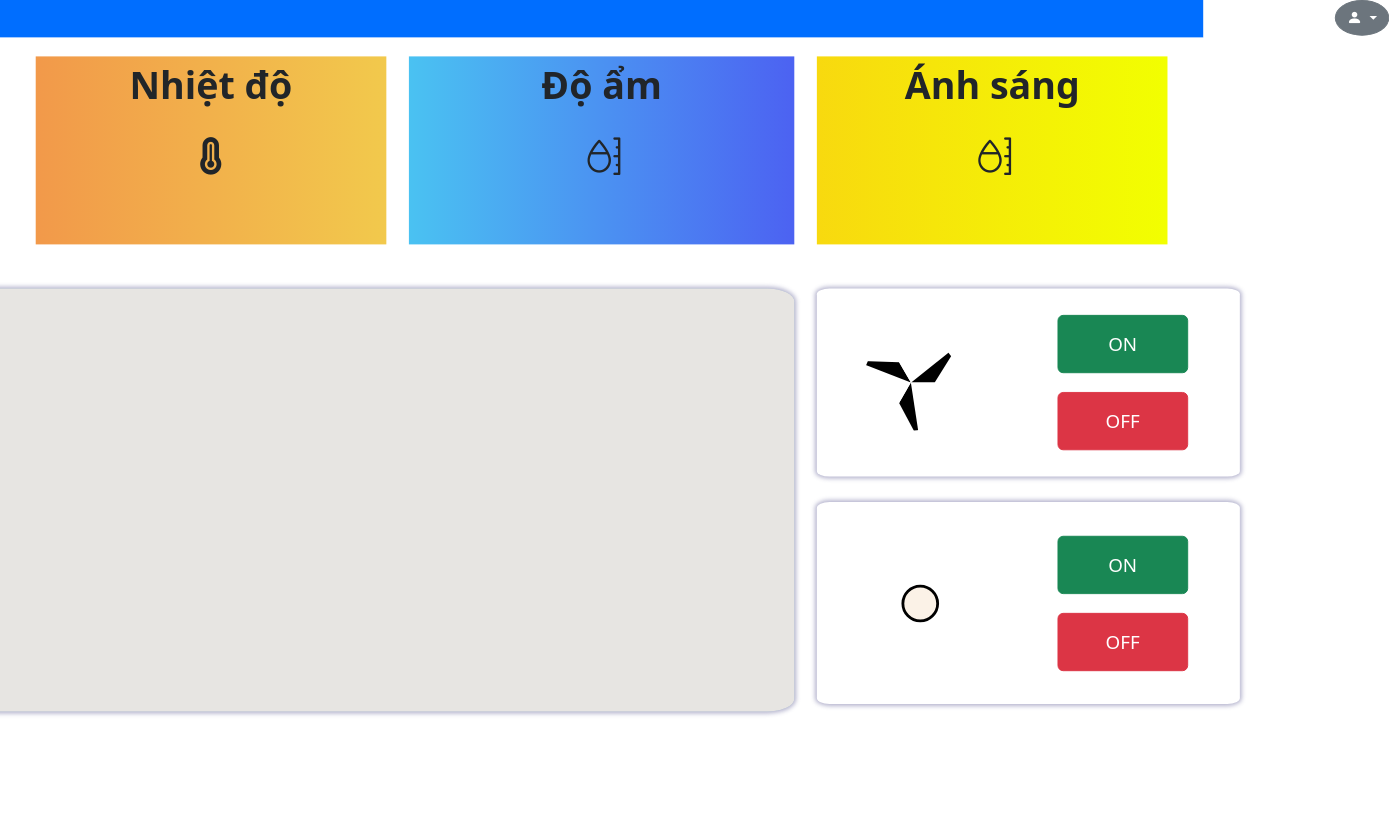
Repository: ndmq03102002/BTL_IOT
Page: Fontend_IOT/iot/index.html
The author's editor kept a copy of each file at every save. The page is drawn from the files as they stood at one save, then again after the next save.
The browser window is 1280 px wide. The page is 1478 px wide, so the pictures cover 1478 px, including what lies to the right of the window. The pictures show the whole page, at 94% of full size.
Some web libraries are served in a nearby version.

Above is the page before, as saved 2023-09-07 08:58:58.

### Fontend_IOT/iot/index.html
<!DOCTYPE html>
<html lang="en">
<head>
    <meta charset="UTF-8">
    <meta name="viewport" content="width=device-width, initial-scale=1.0">
    <title>Document</title>
    <link rel="stylesheet" href="style.css">
    <link rel="stylesheet" href="bootstrap/css/bootstrap.css">
    <link rel="stylesheet" href="assets/fonts/fontawesome/css/fontawesome-all.min.css">
    <script src="https://cdnjs.cloudflare.com/ajax/libs/Chart.js/2.9.4/Chart.js"></script>
    <script src="https://kit.fontawesome.com/1be2f108e2.js" crossorigin="anonymous"></script>
    <link rel="stylesheet" href="https://cdn.jsdelivr.net/npm/bootstrap-icons@1.10.5/font/bootstrap-icons.css">
    <link rel="stylesheet" href="https://cdnjs.cloudflare.com/ajax/libs/font-awesome/6.0.0/css/all.min.css" integrity="sha512-9usAa10IRO0HhonpyAIVpjrylPvoDwiPUiKdWk5t3PyolY1cOd4DSE0Ga+ri4AuTroPR5aQvXU9xC6qOPnzFeg==" crossorigin="anonymous" referrerpolicy="no-referrer" />

</head>
<body>
    <header style="width: 100%; height: 40px; margin :auto;background-color:#006eff">

                <div class="col-sm-12">
                    <div class="btn-group" style=" margin-left: 1300px;  ">
                        <a class="btn btn-secondary dropdown-toggle" style="border-radius: 50%;display: block; margin-left: 120px;" href="#" role="button" data-bs-toggle="dropdown" aria-expanded="false">
                            <i class="bi bi-person-fill"></i>
                          </a>
                        <ul class="dropdown-menu">
                            <li><a href="javascript:" class="dropdown-item"><i class="bi bi-person"></i> MSV: B20DCCN064</a></li>
                            <li><a href="javascript:" class="dropdown-item"><i class="bi bi-phone"></i> Phone: 0399602556</a></li>
                            <li><a href="message.html" class="dropdown-item"><i class="bi bi-envelope"></i> Email: Caibutchi2672gmail.com</a></li>
                        </ul>
                      </div>
    </header>
     <div  style="background-color:white;height:800px; margin-bottom: 50px;">
        <div class="row">
            <div  class="col-sm-4 col-pd"style="padding-left: 50px;" >
                <div class="khoi1 khoi-size">
                        <p >Nhiệt độ</p>
                        <p style="display: inline; " class="count1"></p>
                        <span><i class='fa-solid fa-temperature-full'></i></span>

                </div>
            </div>
            <div class="col-sm-4 col-pd">
                <div class="khoi2 khoi-size">
                    <p> Độ ẩm</p>
                    <p style="display: inline;" class="count2"></p>
                    <span> <i class="bi bi-moisture"></i></span>
                </div>
            </div>
            <div class="col-sm-4 col-pd" style="padding-right: 50px;">
                <div class="khoi3 khoi-size">
                    <p>Ánh sáng</p>
                    <p style="display: inline;" class="count3"></p>
                    <span> <i class="bi bi-moisture"></i></span>
                </div>
            </div>
            <div class="col-sm-8 " >
                <div class="khoi" style="height: 450px;width: 970px; float:right">
                    <canvas id="myChart" style="border-radius: 3%; width:100%;height: 100%;background-color: rgb(231, 229, 226);"></canvas>
                </div>
                <!-- <canvas id="myChart" style="width:100%;width:500px; ;background-color: rgb(231, 229, 226);"></canvas> -->
            </div>
            <div class="col-sm-4 ">
                <div class="khoi khoiii" style=" background-color: white; height: 200px; width: 450px; float: left; display: flex; justify-content: center; align-items: center;">
                    <div class="fan">
                        <div class="blade blade-1"></div>
                        <div class="blade blade-2"></div>
                        <div class="blade blade-3"></div>
                        <div class="stand"></div>
                    </div>
                    <div class="button" style="margin: auto;">
                        <button class="btn btn-success " onclick="OnFan()" style="--bs-btn-padding-y: 15px; --bs-btn-padding-x: 50px; --bs-btn-font-size: 20px; ">ON</button>
                         <button class="btn btn-danger " onclick="OffFan()" style="margin-top: 20px; --bs-btn-padding-y: 15px; --bs-btn-padding-x: 50px; --bs-btn-font-size: 20px;">OFF</button>

                    </div>

                </div>
                <div class="khoi " style="background-color: white; margin-bottom: 20px; height: 215px; width: 450px; float: left; display: flex; justify-content: center; align-items: center;">
                    <div class="light" >
                        <div class="light-bulb" > </div>
                    </div>
                    <div class="button"  style="margin: auto;">
                        <button class="btn btn-success " onclick="OnLight()" style="--bs-btn-padding-y: 15px; --bs-btn-padding-x: 50px; --bs-btn-font-size: 20px; ">ON</button>
                         <button class="btn btn-danger " onclick="OffLight()" style="margin-top: 20px; --bs-btn-padding-y: 15px; --bs-btn-padding-x: 50px; --bs-btn-font-size: 20px;">OFF</button>

                    </div>

                </div>
            </div>
        </div>
    </div>
    <p>

    <script>



    </script>
    <script src="https://cdn.jsdelivr.net/npm/axios/dist/axios.min.js"></script>

       <script src="js.js"></script>
    <script src="jquery.js"></script>
    <script src="popper.min.js"></script>
    <script src="bootstrap/js/bootstrap.min.js"></script>
</body>
</html>

### Fontend_IOT/iot/style.css
html {
  margin: 0;
  padding: 0;
}

.khoi {
  width: 100%;
  height: 200px;
  margin-right: 0px;
  margin-bottom: 27px;
  background-color: #9fb4d0;

  box-shadow: 0px 0px 5px 2px rgba(97, 95, 151, 0.47);
  border-radius: 3%;
}
.khoi1 {
  width: 100%;
  height: 200px;
  margin-right: 0px;
  margin-bottom: 27px;
  background: linear-gradient(to right, #f2994a, #f2c94c);
}
.khoi2 {
  width: 100%;
  height: 200px;
  margin-right: 0px;
  margin-bottom: 27px;
  background: linear-gradient(to right, #4ac2f2, #4c62f2);
}
.khoi3 {
  width: 100%;
  height: 200px;
  margin-right: 0px;
  margin-bottom: 27px;
  background: linear-gradient(to right, #f8d90f, #f2ff00);
}
.khoii {
  width: 100%;
  height: 500px;
  background-color: black;
}
.abc {
  margin-bottom: 30px;
}
.col-pd {
  padding: 20px;
}
.khoi-size {
  font-size: 40px;
  font-weight: bold;
  text-align: center;
}
.fan {
  width: 200px;
  height: 200px;
  position: relative;
}

.blade {
  width: 0;
  height: 0;
  position: absolute;
  top: 30%;
  left: 50%;
  transform-origin: 0 50%;
  background-color: #000000;
  border-radius: 50%;
}

.blade-1 {
  width: 50px;
  height: 80px;
  clip-path: polygon(0 50%, 100% 0, 50% 50%);
  transform: rotate(0deg);
  /* animation: rotateFan1 1s linear infinite; */
}

.blade-2 {
  width: 50px;
  height: 80px;
  clip-path: polygon(0 50%, 100% 0, 50% 50%);
  transform: rotate(120deg);
  /* animation: rotateFan2 1s linear infinite; */
}

.blade-3 {
  width: 50px;
  height: 80px;
  clip-path: polygon(0 50%, 100% 0, 50% 50%);
  transform: rotate(240deg);
  /* animation: rotateFan3 1s linear infinite; */
}

@keyframes rotateFan2 {
  to {
    transform: rotate(480deg);
  }
}
@keyframes rotateFan1 {
  to {
    transform: rotate(360deg);
  }
}
@keyframes rotateFan3 {
  to {
    transform: rotate(600deg);
  }
}
.button {
  display: flex;
  flex-direction: column;
  justify-content: space-between;
}
.light {
  width: 200px;
  height: 200px;
}

.light-bulb {
  width: 40px;
  height: 40px;
  background-color: rgb(251 242 231);
  border: 3px solid #000;
  border-radius: 50%;
  position: relative;
  left: 90px;
  top: 80px;
}
@keyframes bulbLight {
  to {
    border: 5px solid transparent;
    box-shadow: 0 0 30px 50px rgba(255, 255, 0, 0.912);
  }
}

### Fontend_IOT/iot/js.js
let Listbox = document.querySelectorAll(".khoi-size");
let box1 = Listbox[0];
let box2 = Listbox[1];
let box3 = Listbox[2];
// let arrayP = box.getElementsByTagName("p");
// console.log(arrayP[1].innerText);

let countTemp = document.getElementsByClassName(".count1").innerText;
let countHum = document.getElementsByClassName(".count2").innerText;
let countLight = document.getElementsByClassName(".count3").innerText;

let count = 0;

function changeTemp() {
  if (countTemp <= 10) {
    box1.style.backgroundColor = "#9fb4d0";
  } else if (countTemp <= 25) {
    box1.style.backgroundColor = "#3fc848";
  } else if (countTemp <= 35) {
    box1.style.backgroundColor = "#c8b83f";
  } else {
    box1.style.backgroundColor = "#c83f3f";
  }
  if (countTemp > 50) {
    box1.style.backgroundColor = "#fd0606";
  }
}
function changeHum() {
  if (countHum <= 10) {
    box2.style.backgroundColor = "#9fb4d0";
  } else if (countHum <= 25) {
    box2.style.backgroundColor = "#3fc848";
  } else if (countHum <= 35) {
    box2.style.backgroundColor = "#c8b83f";
  } else {
    box2.style.backgroundColor = "#c83f3f";
  }
  if (countHum > 50) {
    box2.style.backgroundColor = "#fd0606";
  }
}
function changeLight() {
  if (countLight <= 10) {
    box3.style.backgroundColor = "#9fb4d0";
  } else if (countLight <= 25) {
    box3.style.backgroundColor = "#3fc848";
  } else if (countLight <= 35) {
    box3.style.backgroundColor = "#c8b83f";
  } else {
    box3.style.backgroundColor = "#c83f3f";
  }
  if (countLight > 50) {
    box3.style.backgroundColor = "#fd0606";
  }
}
function getTempAllData() {
  fetch("http://localhost:8080/Iot/getAllData")
    .then(function (response) {
      return response.json();
    })
    .then(function (posts) {
      const temp = [];
      const hum = [];
      const light = [];
      for (let key of posts) {
        temp.push(key.temperature);
        hum.push(key.humidity);
        light.push(key.light);
      }
      // hiển thị nhiệt độ
      countTemp = document.querySelector(".count1").innerText =
        temp[temp.length - 1];
      countHum = document.querySelector(".count2").innerText =
        hum[hum.length - 1];
      countLight = document.querySelector(".count3").innerText =
        light[light.length - 1];
      console.log("hello");
      changeTemp();
      changeHum();
      changeLight();
      //hiển thị đồ thị
      const xValues = [1, 5, 10, 15, 20, 25, 30, 35, 40, 45];
      type: "line",
        new Chart("myChart", {
          type: "line",
          data: {
            labels: xValues,
            datasets: [
              {
                data: temp,
                borderColor: "red",
                fill: false,
              },
              {
                data: hum,
                borderColor: "green",
                fill: false,
              },
              {
                data: light,
                borderColor: "blue",
                fill: false,
              },
            ],
          },
          options: {
            legend: { display: false },
            scales: {
              yAxes: [
                {
                  ticks: {
                    min: 1, // Giá trị tối thiểu trên trục tung
                    max: 100, // Giá trị tối đa trên trục tung
                    stepSize: 5, // Bước giữa các giá trị
                  },
                },
              ],
            },
          },
        });
    })
    .catch(function (err) {
      console.log(err);
    });
}
function OnFan() {
  const blade1 = (document.querySelector(".blade-1").style.animation =
    "rotateFan1 1s linear infinite");
  const blade2 = (document.querySelector(".blade-2").style.animation =
    "rotateFan2 1s linear infinite");
  const blade3 = (document.querySelector(".blade-3").style.animation =
    "rotateFan3 1s linear infinite");
}
function OffFan() {
  const blade1 = document
    .querySelector(".blade-1")
    .style.removeProperty("animation");
  const blade2 = document
    .querySelector(".blade-2")
    .style.removeProperty("animation");
  const blade3 = document
    .querySelector(".blade-3")
    .style.removeProperty("animation");
}
function OnLight() {
  const light = (document.querySelector(".light-bulb").style.animation =
    "bulbLight 1s linear forwards");
}
function OffLight() {
  const light = document
    .querySelector(".light-bulb")
    .style.removeProperty("animation");
}

Loaded but not shown: Fontend_IOT/iot/bootstrap/css/bootstrap.css (library); Fontend_IOT/iot/jquery.js (library); Fontend_IOT/iot/popper.min.js (library); Fontend_IOT/iot/bootstrap/js/bootstrap.min.js (library)

After the next save:
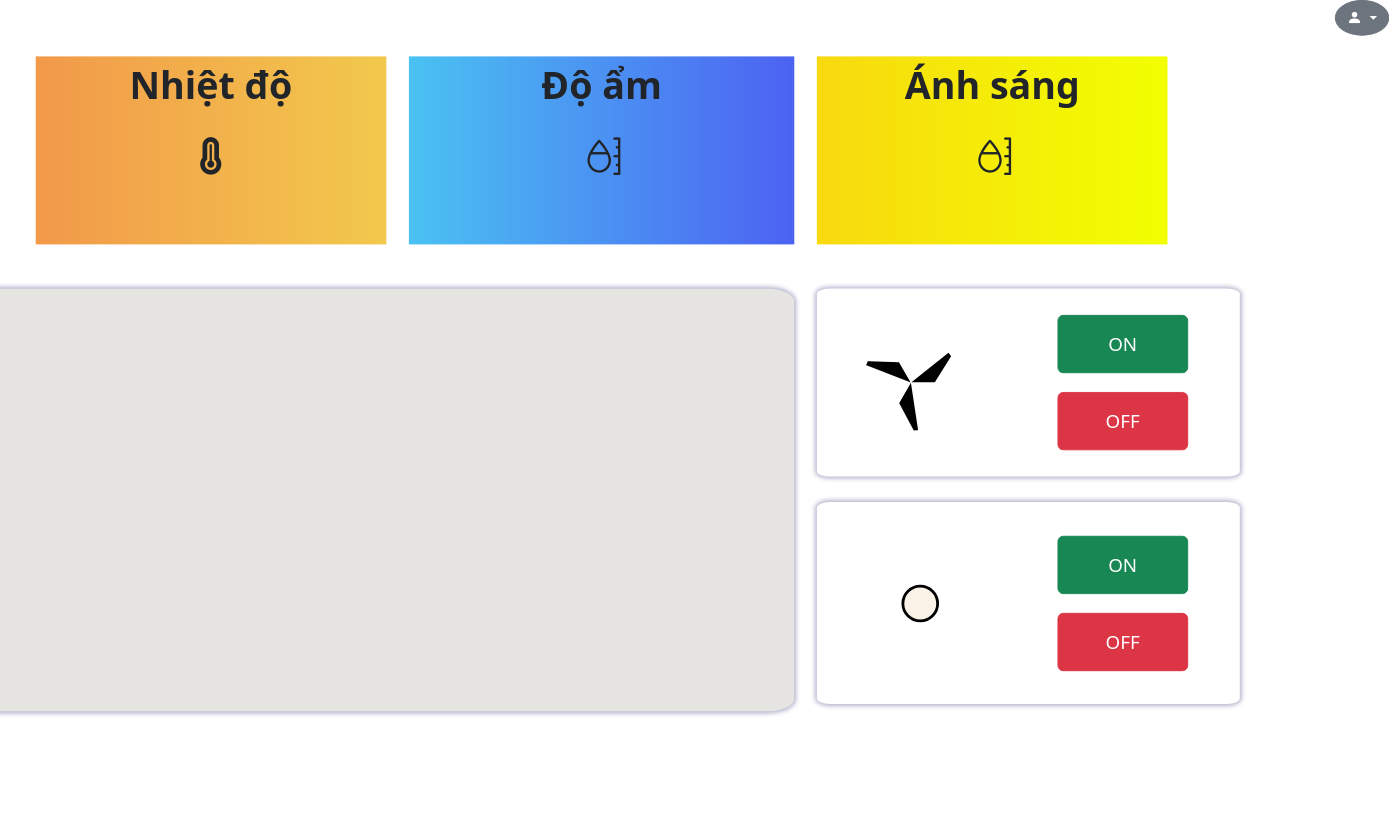
Saved 18 s later.
--- a/Fontend_IOT/iot/index.html
+++ b/Fontend_IOT/iot/index.html
@@ -14,7 +14,7 @@
 
 </head>
 <body>
-    <header style="width: 100%; height: 40px; margin :auto;background-color:#006eff">
+    <header style="width: 100%; height: 40px; margin :auto;background-color:#ffffff">
 
                 <div class="col-sm-12">
                     <div class="btn-group" style=" margin-left: 1300px;  ">
